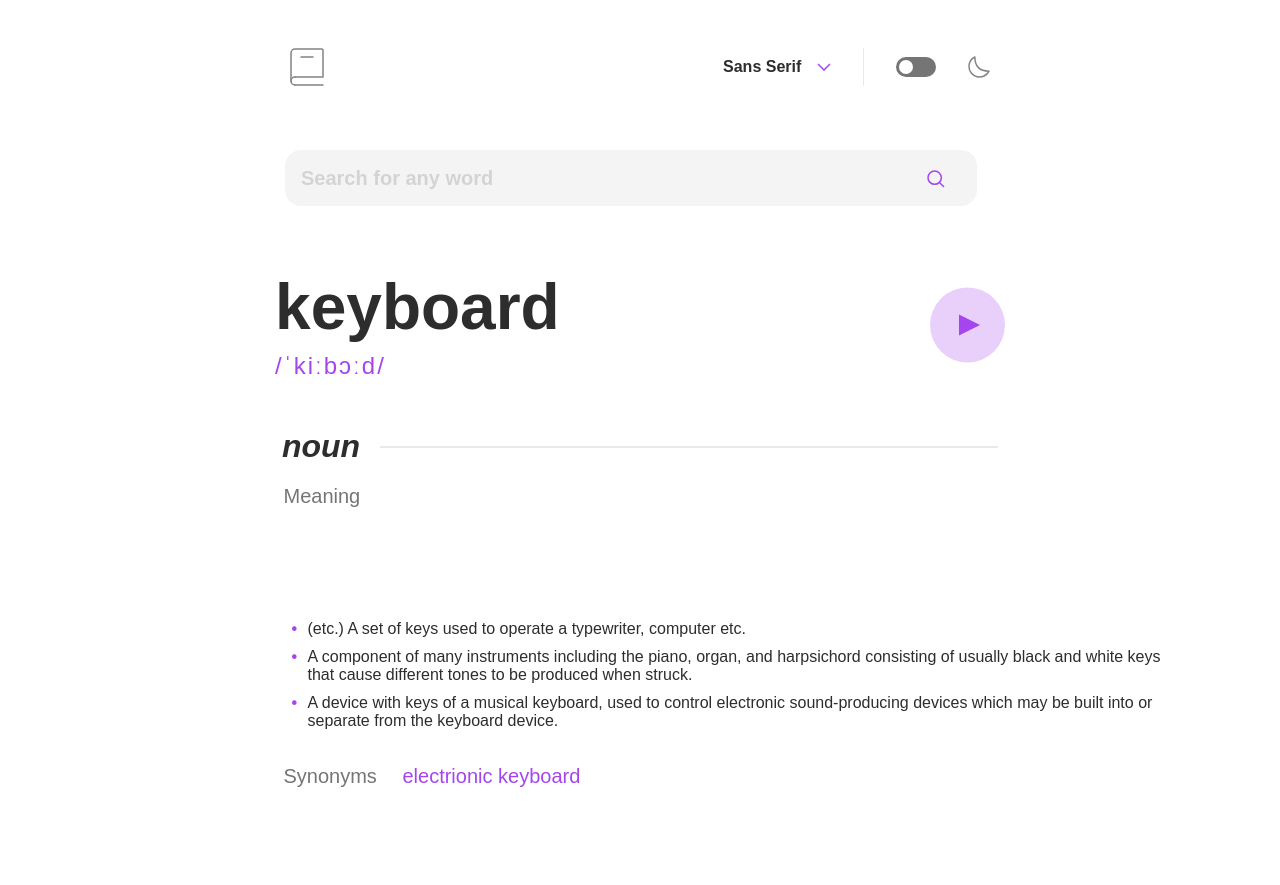
Repository: Arkitecth/dictionary-app
Page: index.html
An editor plug-in stored every save of this project. The page is shown before and after the next save, followed by the edit.
The browser window is 1280 px wide. The pictures show the whole page.

Above is the page before, as saved 2023-07-20 17:25:19.

### index.html
<!DOCTYPE html>
<html lang="en">
<head>
  <meta charset="UTF-8">
  <meta name="viewport" content="width=device-width, initial-scale=1.0">
  <link rel="stylesheet" href="styles.css">
  <title>Dictionary</title>
</head>
<body>

  <!-- Navigation -->
  <nav>
    <img src="assets/images/logo.svg" alt="logo">

    <div class="right">
      <div class="fonts">
        <p>Sans Serif</p>
        <img src="assets/images/icon-arrow-down.svg" alt="icon-arrow-down">
      </div>

      <div class="ruler"></div>

      <div class="togglers">
        <!-- Rounded switch -->
        <label class="switch">
          <input type="checkbox">
          <span class="slider round"></span>
        </label>
        <img src="assets/images/icon-moon.svg" alt="moon-icon">
      </div>
    </div>
  </nav>


  <!-- Search Bar -->
  <section class="search">
    <label for="search-bar"></label>
    <input type="text" name="search-bar" id="search-bar" placeholder="Search for any word">
    <img src="assets/images/icon-search.svg" alt="search-icon" class="search-icon">
  </section>


  <main>
    <section class="word-view">
      <div class="word-group">
        <h1>keyboard</h1>
        <p>/ˈkiːbɔːd/</p>
      </div>
      <img class="icon-play" src="assets/images/icon-play.svg" alt="icon-play">
    </section>

    <div class="speech-part-group">
      <p class="speech-part">noun</p>
      <div class="grey-rule"></div>
    </div>

    <section class="description">
      <p>Meaning</p>
      <ul>
        <li>(etc.) A set of keys used to operate a typewriter, computer etc.</li>
        <li>A component of many instruments including the piano, organ, and harpsichord consisting of usually black and white keys that cause different tones to be produced when struck.</li>
        <li>A device with keys of a musical keyboard, used to control electronic sound-producing devices which may be built into or separate from the keyboard device.</li>
      </ul>
      <p class="synonymn">Synonyms <span>electrionic keyboard</span></p>

    </section>

    <!-- <div class="speech-part-group">
      <p class="speech-part">noun</p>
      <div class="grey-rule"></div>
    </div>

    <section class="description">
      <p>Meaning</p>
      <ul>
        <li>(etc.) A set of keys used to operate a typewriter, computer etc.</li>
        <li>A component of many instruments including the piano, organ, and harpsichord consisting of usually black and white keys that cause different tones to be produced when struck.</li>
        <li>A device with keys of a musical keyboard, used to control electronic sound-producing devices which may be built into or separate from the keyboard device.</li>
      </ul>
      <p class="synonymn">Synonyms <span>electrionic keyboard</span></p>

    </section>
    -->




  </main>

</body>
</html>

### styles.css
:root {
    --dark-grey: #757575;
    --purple:#a445ed;
    --light-grey:#f4f4f4;
    --dark-three:#2d2d2d;
    --lighter-grey:#e9e9e9;
}


* {
    margin: 0;
    padding: 0;
}



/* Main Styling */
body {
    max-width: 1100px;
    margin: 0 auto;
    font-family: sans-serif;
    color: var(--dark-three);
}


/* Light Styling */

/* Nav Styling */
nav {
    display: flex;
    justify-content: space-around;
    margin-top: 3rem;
}

.right {
    display: flex;
    gap: 2rem;
}

.fonts {
    display: flex;
    gap: 1rem;
    align-items: center;
    font-weight: 600;
}

.ruler {
    width: 1px;
    background-color: #e9e9e9;
}

.togglers {
    display: flex;
    gap: 2rem;
    align-items: center;
}



/* The switch - the box around the slider */
.switch {
  position: relative;
  display: inline-block;
  width: 40px;
  height: 20px;
}

/* Hide default HTML checkbox */
.switch input {
  opacity: 0;
  width: 0;
  height: 0;
}

/* The slider */
.slider {
  position: absolute;
  cursor: pointer;
  top: 0;
  left: 0;
  right: 0;
  bottom: 0;
  background-color: var(--dark-grey);
  -webkit-transition: .4s;
  transition: .4s;
}

.slider:before {
  position: absolute;
  content: "";
  height: 14px;
  width: 14px;
  left: 3px;
  bottom: 3px;
  background-color: white;
  -webkit-transition: .4s;
  transition: .4s;
}

input:checked + .slider {
  background-color: var(--purple)
}

input:focus + .slider {
  box-shadow: 0 0 1px var(--purple)
}

input:checked + .slider:before {
  -webkit-transform: translateX(20px);
  -ms-transform: translateX(20px);
  transform: translateX(20px);
}

/* Rounded sliders */
.slider.round {
  border-radius: 34px;
}

.slider.round:before {
  border-radius: 50%;
}



/* Search */

.search {
    text-align: center;
    margin-top: 4rem;
    display: flex;
    justify-content: center;
}

input[type="text"] {
    width:60%;
    height: 1.5rem;
    padding: 1rem;
    border-radius: 16px;
    border: none;
    background-color: var(--light-grey);
    outline: none;
    font-size: 20px;
    font-weight: 700;

}

input[type="text"]:active,
input[type="text"]:focus {
    border: 1px solid var(--purple);
}


input[type="text"]::placeholder {
    opacity: 0.25;
}

.search-icon {
    transform: translate(-50px,1px);
    text-align: center;
}



/* Word View */

main {
    display: flex;
    flex-direction: column;
}


.word-view {
    text-align: center;
    margin-top: 4rem;
    display: flex;
    justify-content: space-around;
}
.word-group h1 {
    font-size: 4rem;
}

.word-group p {
    text-align: left;
    font-size: 1.5rem;
    color: var(--purple);
    font-weight: 400;
    padding-top: 0.5rem;
    letter-spacing: 2px;
}


/* Speech Part(noun, pronoun, verb) */
.speech-part-group {
    display: flex;
    justify-content: center;
    align-items: center;
    gap: 20px;
    margin-top: 3rem;
}
.speech-part {
    text-align: left;
    font-size: 2rem;
    font-weight: 700;
    font-style: italic;
}
.grey-rule {
    border: 1px solid var(--lighter-grey);
    height: 0;
    width: 56%;
}

/* Description */
.description {
    /* width: fit-content;
    margin: 0 auto;
    margin-top: 2rem; */
    display: grid;
    grid-template-rows: 1fr 1fr 1fr;
    justify-items: start;
    margin-left: 17.5%;
}


.description p {
    color: var(--dark-grey);
    text-align: left;
    font-size: 1.25rem;
    padding: 20px 1px;

}

ul {
    text-align: left;
    padding: 10px 20px;
    list-style: none;
}
ul li::before {
    content: "\2022";
    width: 1rem;
    font-weight: bold;
    display: inline-block;
    margin-left: -1em;
    color: var(--purple);
}
ul li{
    padding: 5px;
    color: var(--dark-three);
}
.synonymn span {
    color: var(--purple);
    padding: 0 20px;
}


/* Mobile Styels */

@media screen and (max-width:375px) {

    input[type="text"] {
        width: 327px;
    }
    .search {
        margin-left: 10px;
    }

    .word-group h1 {
        font-size: 32px;
    }

    .icon-play {
        width: 48px;
    }

    .description {
        width: 275px;
    }

    .speech-part {
        font-size: 18px;
    }

    .description p {
        font-size: 16px;
    }
}

After the next save:
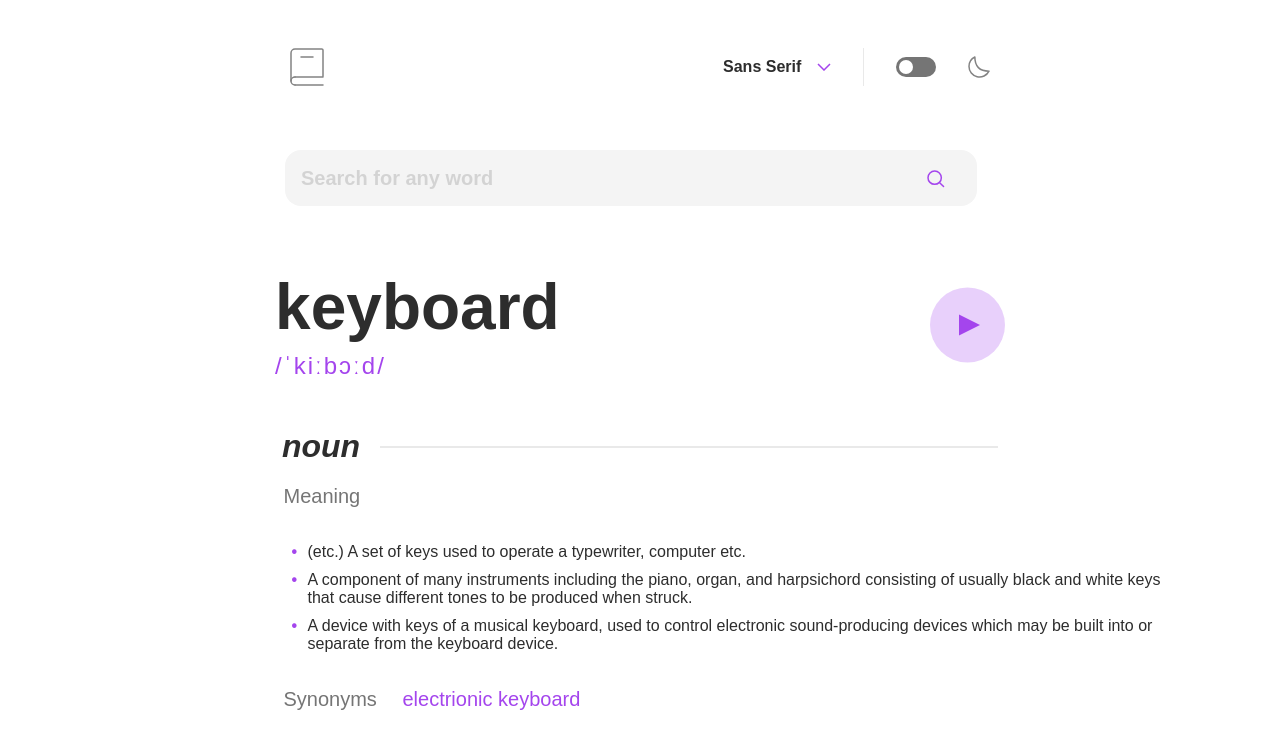
Saved 34 s later.
--- a/styles.css
+++ b/styles.css
@@ -214,9 +214,6 @@
     /* width: fit-content;
     margin: 0 auto;
     margin-top: 2rem; */
-    display: grid;
-    grid-template-rows: 1fr 1fr 1fr;
-    justify-items: start;
     margin-left: 17.5%;
 }
 
